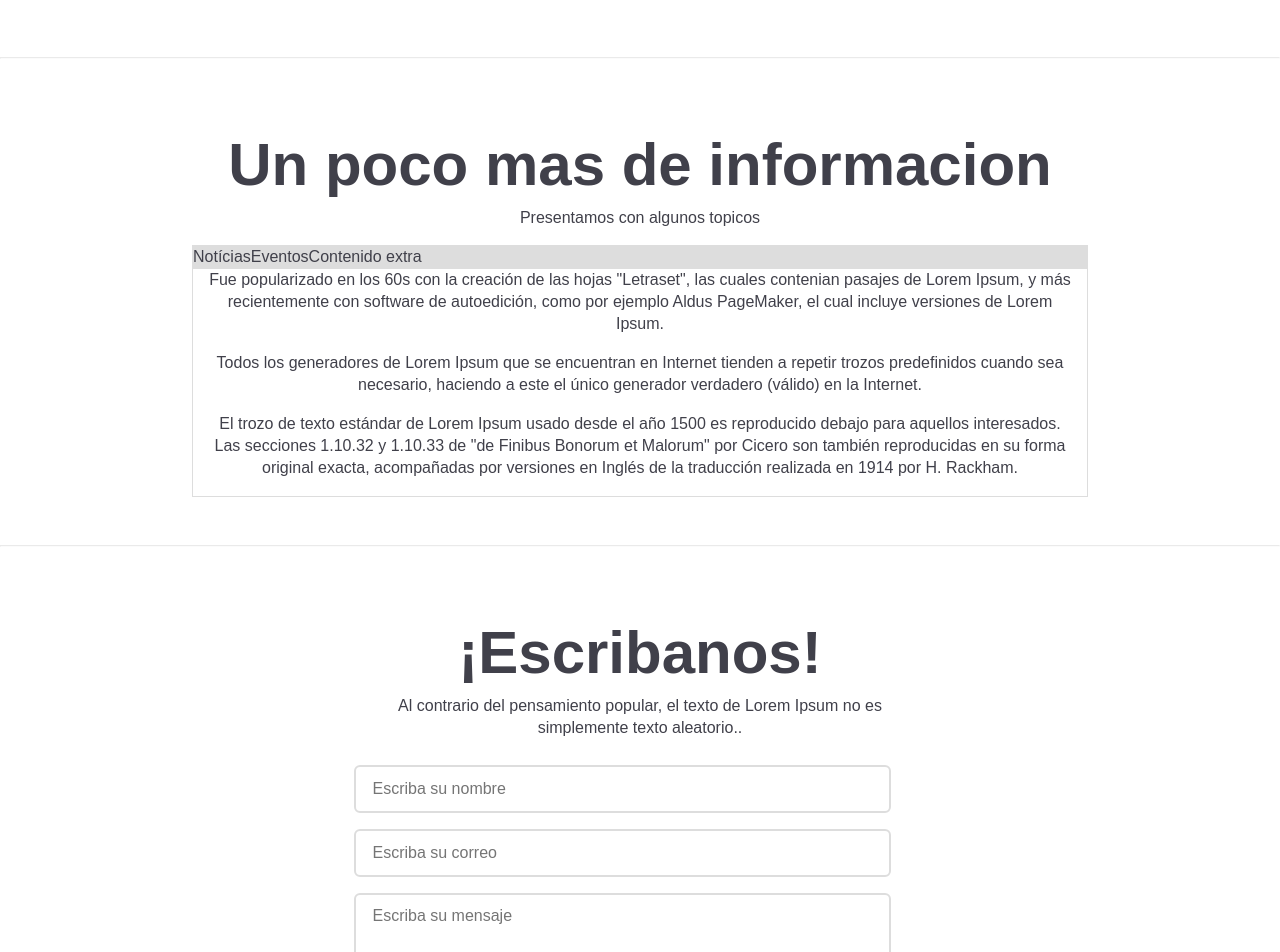
Repository: robsonmarkes/accesibilidad
Page: index.html
These files come from the project's save history. The page is drawn as it stood at one moment and after the next save; the edit follows.
The browser window is 1280 px wide. The pictures show the part of the page from y = 1967 to 2919 px (the page is 3261 px tall before and 3293 px after).
A picture or video elsewhere on the page could not be fetched, so the positions and the page height are approximate.

Above is the page before, as saved 2022-10-13 10:56:04.

After the next save:
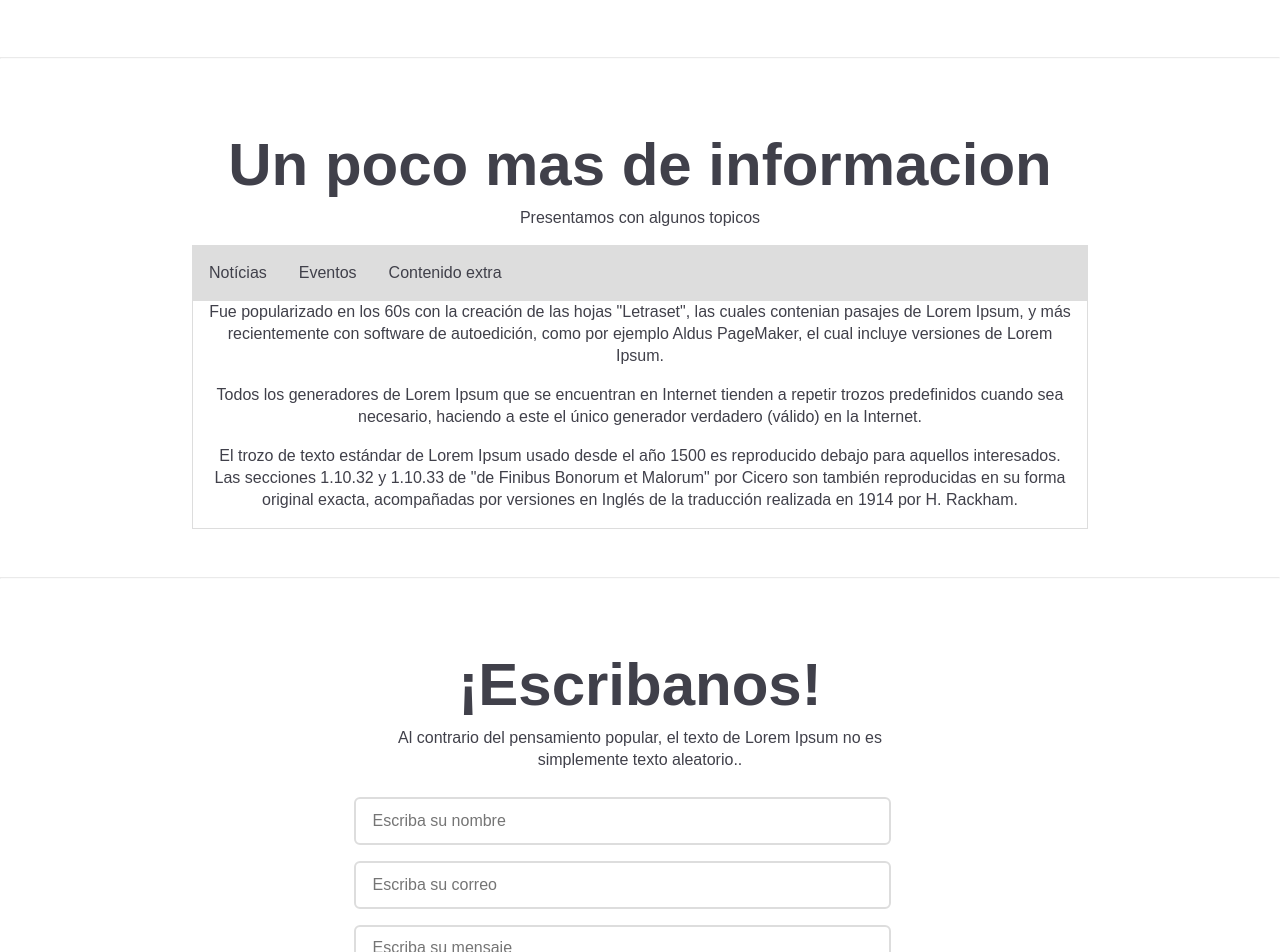
Saved 20 s later.
--- a/style.css
+++ b/style.css
@@ -215,6 +215,10 @@ body a:hover {
     display: flex;
 }
 
+.wrap .content .article .tabs .tabmenu ul li {
+    padding: 1rem;
+}
+
 .wrap .footer {
     display: flex;
     flex-direction: column;
